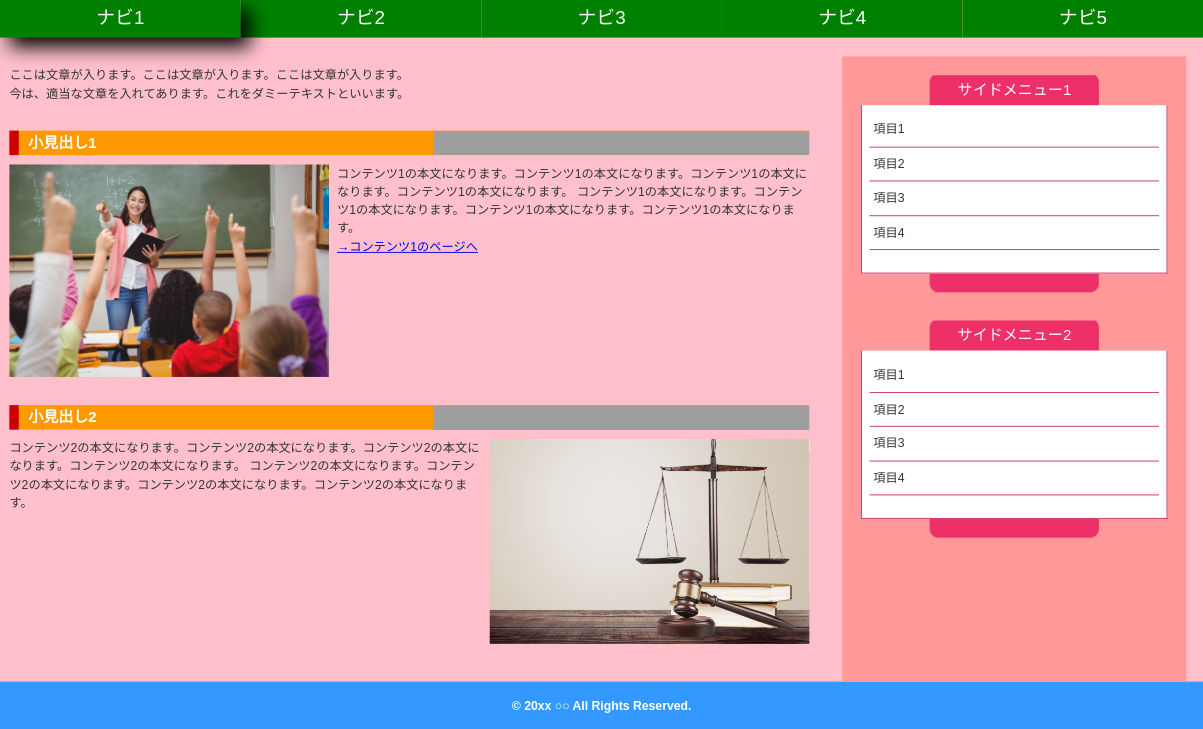
Repository: kanami0019/samurai_HTML-CSS
Page: index.html
The author's editor kept a record of every edit. The page is drawn from the files as they stood at one moment, then again after the next edit.
The browser window is 1280 px wide. The pictures show the whole page, at 94% of full size.
Pictures or frames that could not be fetched are drawn as grey boxes.

Above is the page before.

After the next edit:
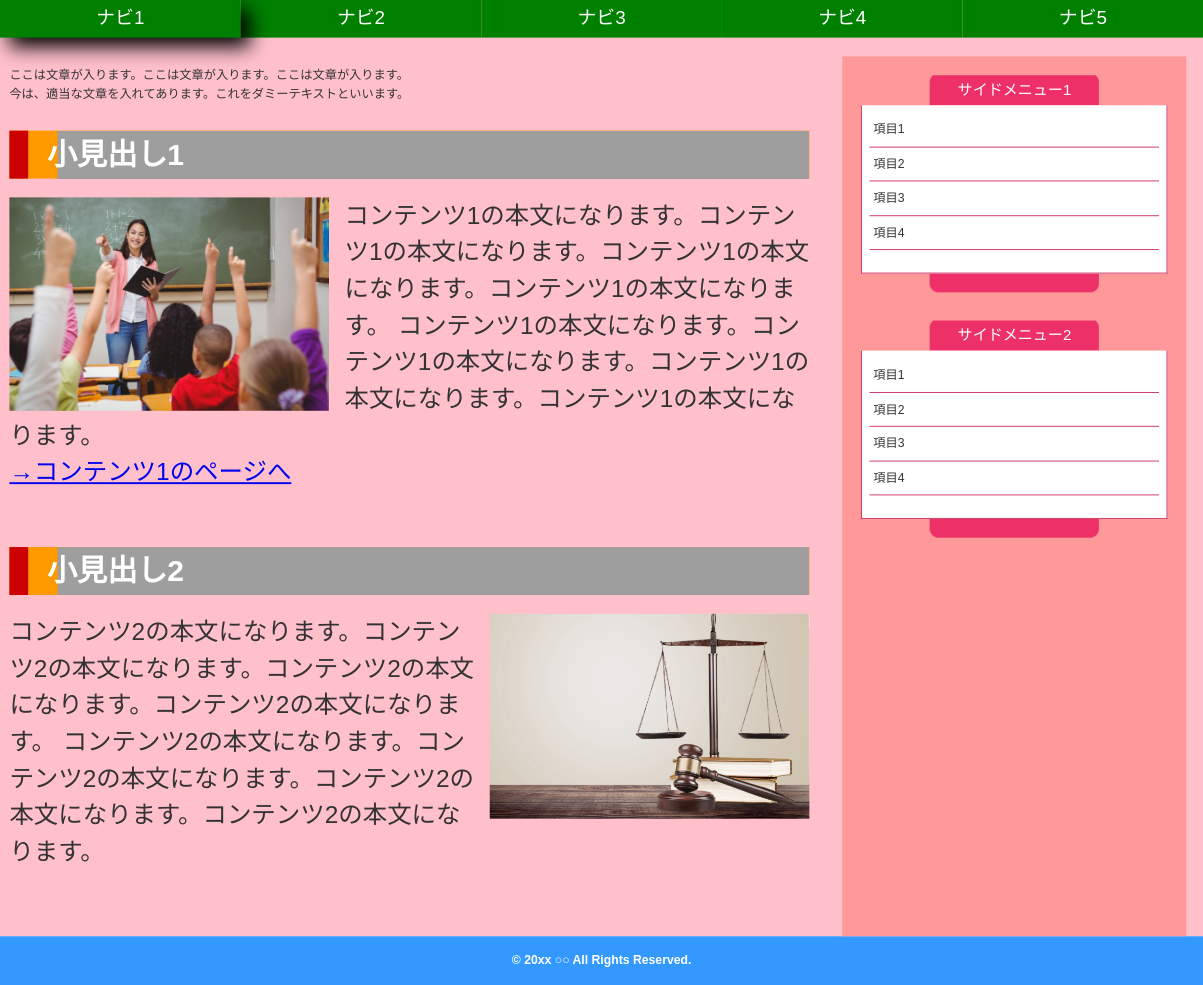
The edit:
--- a/stylesheet.css
+++ b/stylesheet.css
@@ -124,7 +124,7 @@
 
 /* -------------------- clearfix -------------------- */
 .clearfix {
-	zoom: 1;
+	zoom: 2;
 }
 .clearfix:after{
 	content: "";
